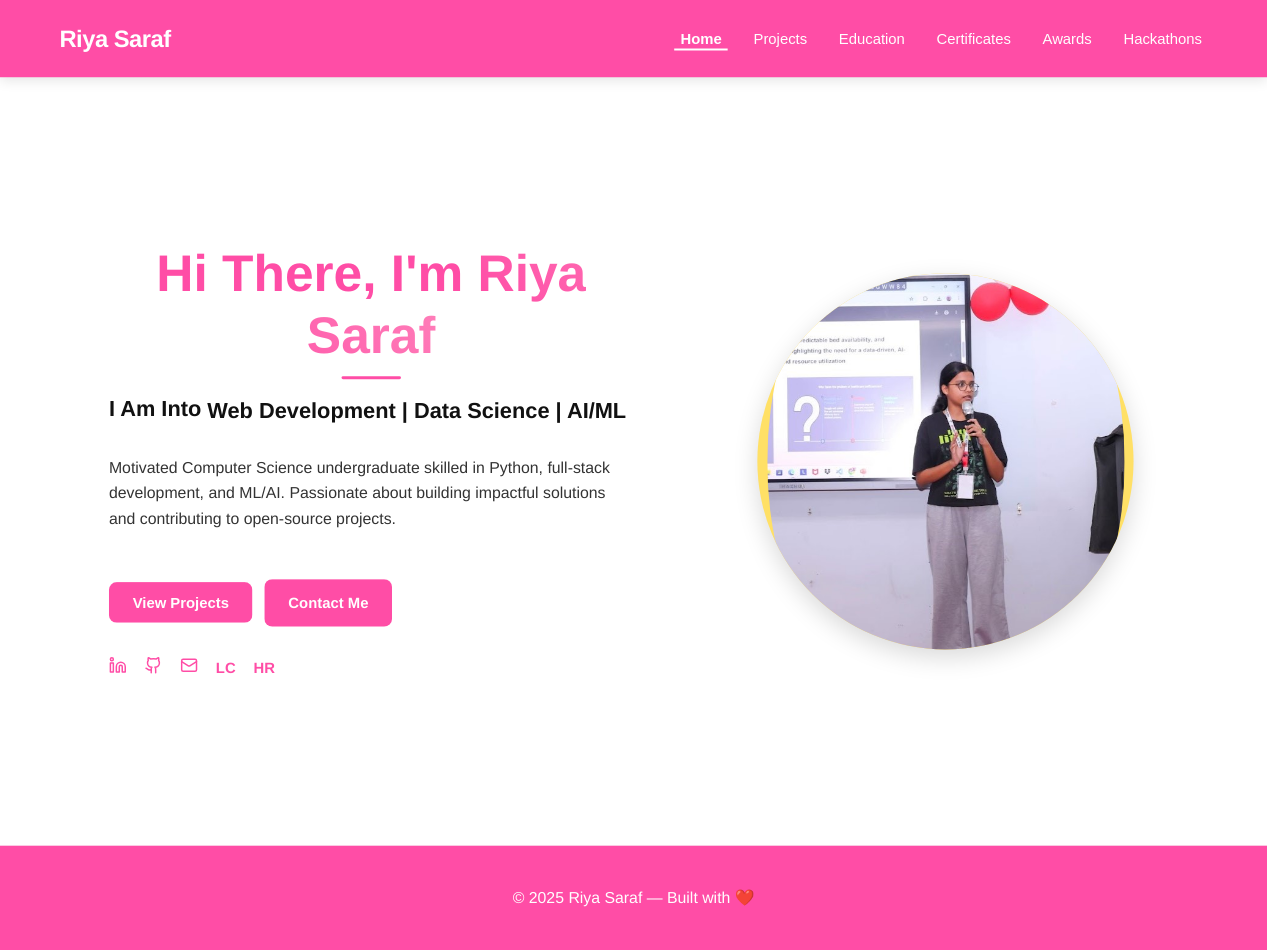
Repository: riyaaaa19/riya-portfolio
Page: /
The author's editor kept a copy of each file at every save. The page is drawn from the files as they stood at one save, then again after the next save.
The browser window is 1280 px wide. The pictures show the whole page, at 99% of full size.
The project was rebuilt for these pictures with package versions that can differ from the ones it lists, and the page was loaded fresh each time. Also part of the build but not shown: src/components/TimelineCard.js.

Above is the page before, as saved 2025-09-14 14:30:20.

### src/App.js
import React, { useState } from "react";
import { Mail, Github, Linkedin } from "lucide-react";
import TimelineCard from "./components/TimelineCard"; // adjust path if needed
import "./styles.css";

export default function RiyaSarafPortfolio() {
  const [activePage, setActivePage] = useState("home");

  const projects = [
    {
      title: "Leave Management System",
      tech: "React.js, FastAPI, PostgreSQL, JWT",
      desc: "Full-stack app for managing employee leave requests with role-based access and JWT authentication.",
      github: "https://github.com/riyaaaa19/leave-management-system",
      img: "/images/leave.png",
    },
    {
      title: "Genomic Analysis Web Application",
      tech: "Python, Django, Scikit-learn, Pandas",
      desc: "Django app for genomic data analysis with ML model selection, preprocessing and visualizations.",
      github: "https://github.com/riyaaaa19/genomic-analysis-django",
      img: "/images/genomics.png",
    },
    {
      title: "CyberSaarthi – Phishing & Invoice Fraud Detection",
      tech: "FastAPI, React.js, SQLite",
      desc: "ML + rule-based backend for phishing and invoice fraud detection with document parsing and structured reports.",
      github: "https://github.com/riyaaaa19/CyberSaarthi",
      img: "/images/cyber.png",
    },
    {
      title: "SheCare AI",
      tech: "FastAPI, React, SQLite, OmniDimension API",
      desc: "Health & wellness assistant for women with cycle tracking, journaling, PCOS risk check, and AI chatbot.",
      github: "https://github.com/sonamnimje/SheCare-AI",
      img: "/images/shecare.png",
    },
    {
    title: "SmartGrocery — AI-Powered Grocery & Recipe Assistant",
    tech: "Flask, Scikit-learn, Bootstrap, CSS",
    desc: " Smart Grocery Web app for recipe suggestions, nutrition tracking, inventory management, and shopping lists.",
    github: "https://github.com/arnavv19/Smart-Grocery-AI",
    img: "/images/grocery.png",
    }
  ];

  const education = [
    {
      school: "BADERIA GLOBAL INSTITUTE OF ENGINEERING AND MANAGEMENT",
      degree: "B.Tech CSE (Data Science)",
      year: "2022 – 2026",
      score: "CGPA: 8.28",
      img: "/images/graduation.png",
    },
    {
      school: "Nachiketa Higher Secondary School, Jabalpur",
      degree: "Class 12th • PCM • State Board",
      year: "2022",
      score: "Percentage: 73.4%",
      img: "/images/school.png",
    },
    {
      school: "Nachiketa Higher Secondary School, Jabalpur",
      degree: "Class 10th • State Board",
      year: "2020",
      score: "Percentage: 92%",
      img: "/images/school.png",
    },
  ];

  const certificates = [
    { title: "PCAP: Programming Essentials in Python", img: "/images/certificate1.jpg" },
    { title: "Introduction to Data Science — Cisco", img: "/images/certificate2.jpg" },
    { title: "Accenture Data Analytics Simulation", img: "/images/certificate3.jpg" },
    { title: "Global Entrepreneur Summit — IIT Kharagpur", img: "/images/certificate4.jpg" },
    { title: "Artificial Intelligence Fundamentals — IBM SkillsBuild", img: "/images/certificate5.jpg" },
    { title: "Cybersecurity Essentials — Cisco", img: "/images/certificate6.jpg" },
    { title: "Data Analytics — IBM Cognos", img: "/images/certificate7.jpg" },
  ];

  const awards = [
    { title: "Branch Topper — 2023, 2024, 2025", img: "/images/award1.jpg" },
    { title: "Best Girls Team Award — Hack SRIT 2025", img: "/images/award2.jpg" },
    { title: "1st Runner-Up — Ecopreneur Hackathon", img: "/images/award3.jpg" },
    { title: "3rd Position — Slide The Change at IEEE SHE ASPIRE 2.0", img: "/images/award4.jpg" },
  ];

  const hackathons = [
    {
      title: "Ecopreneur Hackathon",
      desc: "Hosted by Baderia Global Institute of Engineering and Management",
      img: "/images/hackathon1.jpg",
    },
    {
      title: "36-hour HackSRIT Hackathon",
      desc: "Hosted by Shri Ram Institute of technology",
      img: "/images/hackathon2.jpg",
    },
    {
      title: "Operation Eclipse – Stealth Spacecraft Design & Architecture",
      desc: "Competition at IIITDM Jabalpur",
      img: "/images/hackathon3.jpg",
    },
    {
      title: "Global Entrepreneurship Summit 2025",
      desc: "IIT Kharagpur",
      img: "/images/hackathon4.jpg",
    },
    {
      title: "All India Women only Hackathon 2023",
      desc: "Hosted by Shooting stars foundation",
      img: "/images/hackathon5.jpg",
    },
  ];

  return (
    <div>
      <header>
        <h1>Riya Saraf</h1>
        <nav>
          {["home", "projects", "education", "certificates", "awards", "hackathons"].map((page) => (
            <button
              key={page}
              onClick={() => setActivePage(page)}
              className={activePage === page ? "active" : ""}
            >
              {page.charAt(0).toUpperCase() + page.slice(1)}
            </button>
          ))}
        </nav>
      </header>

      {activePage === "home" && (
        <section className="hero">
          <div className="particle-bg">
            <span></span><span></span><span></span><span></span><span></span>
          </div>
          <div className="hero-text">
            <h2>
              Hi There, I'm <span className="highlight">Riya Saraf</span>
            </h2>
            <h3>
              I Am Into{" "}
              <span className="typing-container">
                <span className="typing">Web Development | Data Science | AI/ML</span>
              </span>
            </h3>
            <p>
              Motivated Computer Science undergraduate skilled in Python,
              full-stack development, and ML/AI. Passionate about building
              impactful solutions and contributing to open-source projects.
            </p>
            <div style={{ marginTop: "20px" }}>
              <button className="cta" onClick={() => setActivePage("projects")}>
                View Projects
              </button>
              <a
              href="https://mail.google.com/mail/?view=cm&fs=1&to=riyasaraf19@gmail.com"
              target="_blank"
              rel="noopener noreferrer"
              className="cta"
              >
                Contact Me
              </a>
            </div>

            <div className="social-icons">
              <a href="https://linkedin.com/in/riya-saraf-9223a9257" target="_blank" rel="noreferrer">
                <Linkedin size={18} />
              </a>
              <a href="https://github.com/riyaaaa19" target="_blank" rel="noreferrer">
                <Github size={18} />
              </a>
              <a href="mailto:riyasaraf19@gmail.com">
                <Mail size={18} />
              </a>
              <a href="https://leetcode.com/u/riyaaa19/" target="_blank" rel="noreferrer">LC</a>
              <a href="https://www.hackerrank.com/profile/riyasaraf19" target="_blank" rel="noreferrer">HR</a>
            </div>
          </div>
          <div className="hero-img">
            <div className="avatar-circle">
              <img src="/images/riya-photo.png" alt="Riya Saraf" />
            </div>
          </div>
        </section>
      )}

      {activePage === "projects" && (
        <section>
          <h2>Projects</h2>
          <div className="grid">
            {projects.map((p, i) => (
              <TimelineCard
                key={i}
                title={p.title}
                subtitle={p.tech}
                img={p.img}
                score={<span style={{ color: "#555" }}>{p.desc}</span>}
                github={p.github}
                live={p.live}
                type="project"
              />
            ))}
          </div>
        </section>
      )}

      {activePage === "education" && (
        <section>
          <h2>Education</h2>
          <div className="timeline">
            {education.map((e, i) => (
              <TimelineCard
                key={i}
                title={e.school}
                subtitle={e.degree}
                year={e.year}
                score={e.score}
                img={e.img}
                type="education"
              />
            ))}
          </div>
        </section>
      )}

      {activePage === "certificates" && (
        <section>
          <h2>Certificates</h2>
          <div className="grid">
            {certificates.map((c, i) => (
              <TimelineCard key={i} title={c.title} img={c.img} type="certificate" />
            ))}
          </div>
        </section>
      )}

      {activePage === "awards" && (
        <section>
          <h2>Awards</h2>
          <div className="grid">
            {awards.map((a, i) => (
              <TimelineCard key={i} title={a.title} img={a.img} type="award" />
            ))}
          </div>
        </section>
      )}

      {activePage === "hackathons" && (
        <section>
          <h2>Hackathons & Conferences</h2>
          <div className="grid">
            {hackathons.map((h, i) => (
              <TimelineCard
                key={i}
                title={h.title}
                subtitle={h.desc}
                img={h.img}
                type="certificate"
              />
            ))}
          </div>
        </section>
      )}

      <footer>© {new Date().getFullYear()} Riya Saraf — Built with ❤️</footer>
    </div>
  );
}

### src/styles.css
/* ===== General Styling ===== */
body {
    margin: 0;
    font-family: 'Helvetica Neue', Arial, sans-serif;
    background: linear-gradient(135deg, #fdfbfb 0%, #ebedee 100%);
    color: #111;
    line-height: 1.6;
    scroll-behavior: smooth;
}

/* ===== Header ===== */
header {
    position: sticky;
    top: 0;
    background: #ff4da6;
    padding: 20px 60px;
    display: flex;
    justify-content: space-between;
    align-items: center;
    z-index: 100;
    box-shadow: 0 4px 12px rgba(0, 0, 0, 0.1);
    animation: slideDown 0.8s ease-in-out;
}

header h1 {
    margin: 0;
    font-size: 24px;
    font-weight: 700;
    color: #fff;
    letter-spacing: -0.5px;
    transition: transform 0.3s ease;
}

header h1:hover {
    transform: scale(1.08);
}

nav button {
    background: none;
    border: none;
    margin-left: 20px;
    font-size: 15px;
    color: #fff;
    cursor: pointer;
    transition: color 0.3s, border-bottom 0.3s, transform 0.3s;
}

nav button.active {
    font-weight: 600;
    border-bottom: 2px solid #fff;
    padding-bottom: 2px;
}

nav button:hover {
    color: #ffe3f0;
    transform: translateY(-2px);
}

/* ===== Sections ===== */
section {
    padding: 80px 60px;
    background: white;
    animation: fadeIn 1s ease-in;
}

section h2 {
    font-size: 32px;
    font-weight: 700;
    margin-bottom: 25px;
    color: #ff4da6;
    text-align: center;
    position: relative;
}

section h2::after {
    content: "";
    width: 60px;
    height: 3px;
    background: #ff4da6;
    display: block;
    margin: 10px auto 0;
    border-radius: 2px;
    animation: expand 0.8s ease-in-out;
}

/* ===== Hero Section ===== */
.hero {
    display: flex;
    flex-wrap: wrap;
    justify-content: space-between;
    align-items: center;
    gap: 50px;
    padding: 100px 60px;
    min-height: 80vh;
    position: relative;
    overflow: hidden;
}

.hero-text {
    flex: 1;
    max-width: 600px;
    display: flex;
    flex-direction: column;
    gap: 12px;
}

.hero-text h2 {
    font-size: 52px;
    font-weight: 800;
    margin: 0;
    line-height: 1.2;
    color: #ff4da6;
}

.hero-text .highlight {
    background: linear-gradient(45deg, #ff4da6, #ff7eb9);
    -webkit-background-clip: text;
    -moz-background-clip: text;
    background-clip: text;
    -webkit-text-fill-color: transparent;
    color: transparent;
}

.hero-text h3 {
    font-size: 22px;
    font-weight: 600;
    margin: 0;
    color: #111;
}

.hero-text p {
    max-width: 520px;
    font-size: 16px;
    color: #333;
    line-height: 1.6;
}

/* ===== Typing Effect Fix ===== */
.typing-container {
    display: inline-block;
    min-width: 300px;
    white-space: nowrap;
}

.typing {
    display: inline-block;
    border-right: 2px solid #ff4da6;
    overflow: hidden;
    vertical-align: middle;
    animation: typing 2.5s steps(30, end) forwards, blink-caret 0.75s step-end infinite;
}

@keyframes typing {
    from { width: 0; }
    to { width: 100%; }
}

@keyframes blink-caret {
    0%, 100% { border-color: transparent; }
    50% { border-color: #ff4da6; }
}

/* ===== Avatar ===== */
.hero-img {
    flex: 1;
    display: flex;
    justify-content: center;
    align-items: center;
}

.avatar-circle {
    width: 380px;
    height: 380px;
    border-radius: 50%;
    background: #ffe066;
    display: flex;
    justify-content: center;
    align-items: center;
    box-shadow: 0 8px 25px rgba(0,0,0,0.15);
    overflow: hidden;
    transition: transform 0.4s ease, box-shadow 0.4s ease;
}

.avatar-circle img {
    width: 95%;
    height: auto;
    border-radius: 50%;
    object-fit: cover;
}

.avatar-circle:hover {
    transform: scale(1.05);
    box-shadow: 0 10px 30px rgba(255, 77, 166, 0.3);
}

/* ===== Buttons ===== */
button.cta,
button.outline {
    margin-right: 12px;
    padding: 10px 22px;
    font-size: 15px;
    font-weight: 600;
    border-radius: 8px;
    border: 2px solid transparent;
    cursor: pointer;
    transition: all 0.25s ease;
}

button.cta {
    background: #ff4da6;
    color: white;
}

button.cta:hover {
    background: #e04494;
}

button.outline {
    background: transparent;
    color: #ff4da6;
    border: 2px solid #ff4da6;
}

button.outline:hover {
    background: #ff4da6;
    color: white;
}
/* Make <a class="cta"> look like button */
a.cta {
    display: inline-block;
    margin-right: 12px;
    padding: 10px 22px;
    font-size: 15px;
    font-weight: 600;
    border-radius: 8px;
    border: 2px solid transparent;
    cursor: pointer;
    transition: all 0.25s ease;
    background: #ff4da6;
    color: white;
    text-decoration: none;
    text-align: center;
}

a.cta:hover {
    background: #e04494;
}


/* ===== Social Icons ===== */
.social-icons {
    display: flex;
    gap: 18px;
    margin-top: 18px;
}

.social-icons a {
    color: #ff4da6;
    transition: color 0.25s;
    font-weight: bold;
    font-size: 15px;
    text-decoration: none;
}

.social-icons a:hover {
    color: #e04494;
}

/* ===== Footer ===== */
footer {
    padding: 40px;
    text-align: center;
    background: #ff4da6;
    color: white;
    font-weight: 500;
}

/* ===== Grid for Projects, Certificates, Awards ===== */
.grid {
    display: grid;
    gap: 25px;
    grid-template-columns: repeat(3, 1fr);
}
@media (max-width: 900px) {
    .grid {
        grid-template-columns: repeat(2, 1fr);
    }
}

@media (max-width: 600px) {
    .grid {
        grid-template-columns: 1fr;
    }
}

/* ===== Timeline for Education ===== */
.timeline {
    position: relative;
    margin-left: 20px;
    padding-left: 40px;
    border-left: 3px solid #ff4da6;
}

.timeline-card {
    position: relative;
    margin-bottom: 40px;
    padding: 20px 20px 20px 40px;
    background: #fff;
    border-radius: 12px;
    box-shadow: 0 4px 12px rgba(0,0,0,0.08);
    transition: transform 0.3s, box-shadow 0.3s;
}

.timeline-card:hover {
    transform: scale(1.03);
    box-shadow: 0 6px 18px rgba(0,0,0,0.15);
}

.timeline-card span {
    position: absolute;
    left: -28px;
    top: 20px;
    width: 20px;
    height: 20px;
    border-radius: 50%;
    background: #ff4da6;
    color: #fff;
    display: flex;
    justify-content: center;
    align-items: center;
    font-size: 14px;
}

/* ===== Animations ===== */
@keyframes fadeIn {
    0% { opacity: 0; transform: translateY(20px); }
    100% { opacity: 1; transform: translateY(0); }
}

@keyframes slideDown {
    0% { transform: translateY(-100%); }
    100% { transform: translateY(0); }
}

@keyframes expand {
    0% { width: 0; }
    100% { width: 60px; }
}

/* ===== Responsive ===== */
@media (max-width: 900px) {
    .hero {
        flex-direction: column;
        text-align: center;
    }
    .hero-img {
        margin-top: 30px;
    }
}
/* ===== Timeline Styling for Education (Right-side Images) ===== */
.timeline {
    position: relative;
    padding-right: 60px; /* space for images on the right */
    margin-left: 20px;
    border-left: 3px solid #ff4da6;
}

.timeline .timeline-card {
    position: relative;
    margin-bottom: 30px;
    padding: 15px 20px;
    background: #fff;
    border-radius: 12px;
    box-shadow: 0 4px 12px rgba(0,0,0,0.08);
    transition: transform 0.2s;
}

.timeline .timeline-card:hover {
    transform: scale(1.03);
}

.timeline .timeline-card img {
    width: 50px;
    height: 50px;
    object-fit: cover;
    border-radius: 50%;
    position: absolute;
    right: -65px; /* move image to the right of the card */
    top: 15px;
    box-shadow: 0 3px 10px rgba(0,0,0,0.15);
}

.timeline .timeline-card h4 {
    margin: 0 0 6px 0;
    font-size: 16px;
    font-weight: 600;
}

.timeline .timeline-card p {
    margin: 2px 0;
    font-size: 14px;
    color: #555;
}

Loaded but not shown: public/index.html (common file); src/index.js (common file)

After the next save:
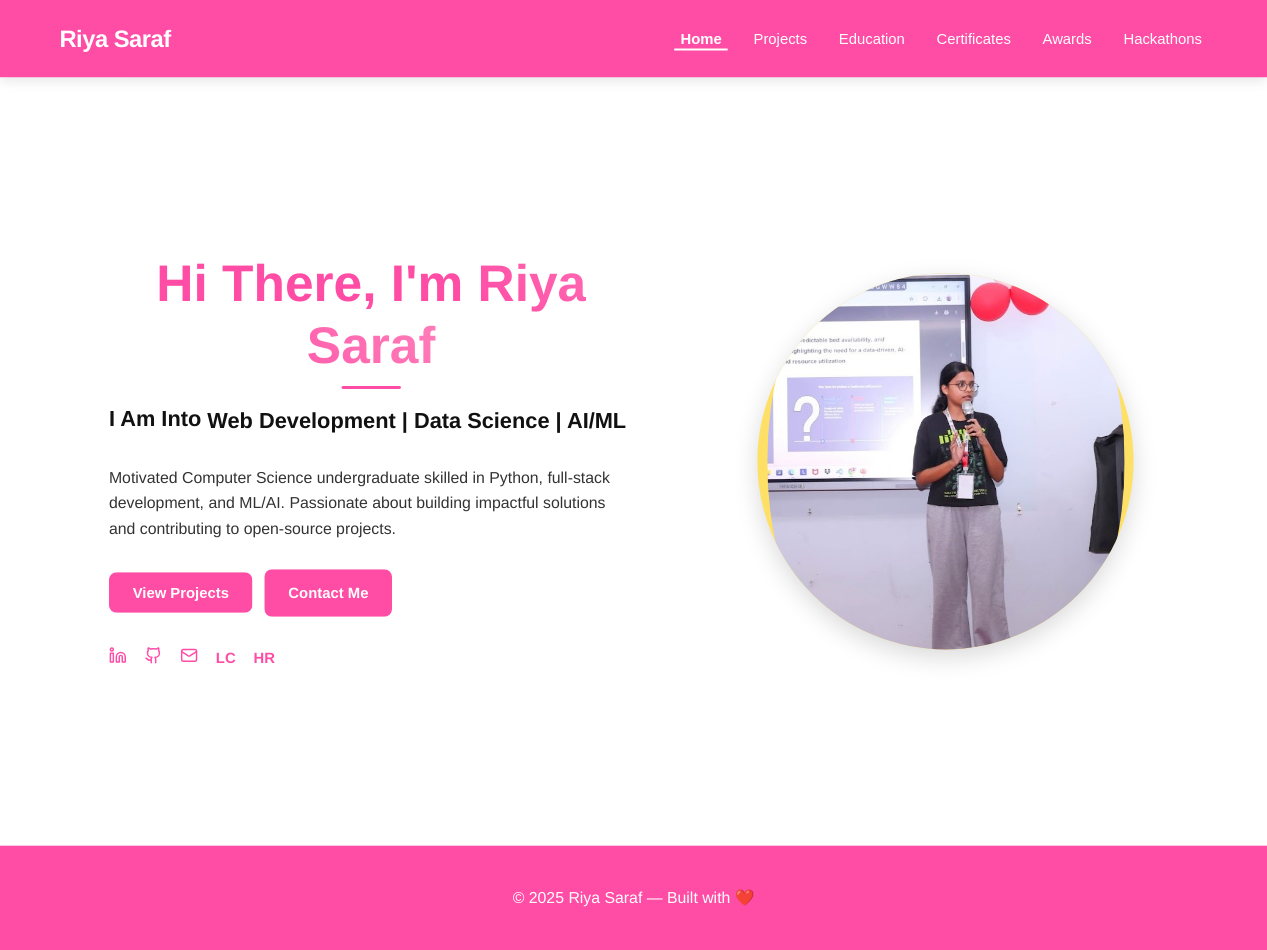
Saved 39 s later.
--- a/src/App.js
+++ b/src/App.js
@@ -150,7 +150,7 @@ export default function RiyaSarafPortfolio() {
               full-stack development, and ML/AI. Passionate about building
               impactful solutions and contributing to open-source projects.
             </p>
-            <div style={{ marginTop: "20px" }}>
+            <div className="hero-buttons">
               <button className="cta" onClick={() => setActivePage("projects")}>
                 View Projects
               </button>
